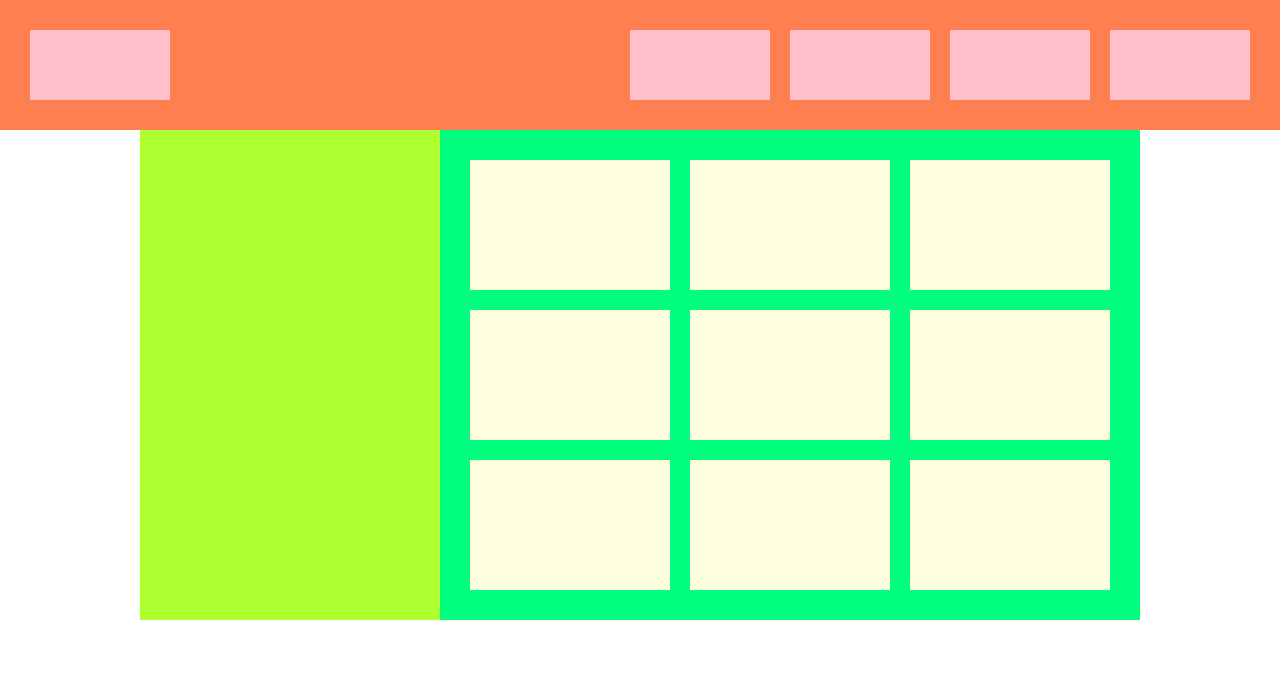
Repository: yuu2310/dmm-webcamp
Page: flex/exercises.html
The author's editor kept a record of every edit. The page is drawn from the files as they stood at one moment, then again after the next edit.
The browser window is 1280 px wide. The pictures show the whole page.

Above is the page before.

After the next edit:
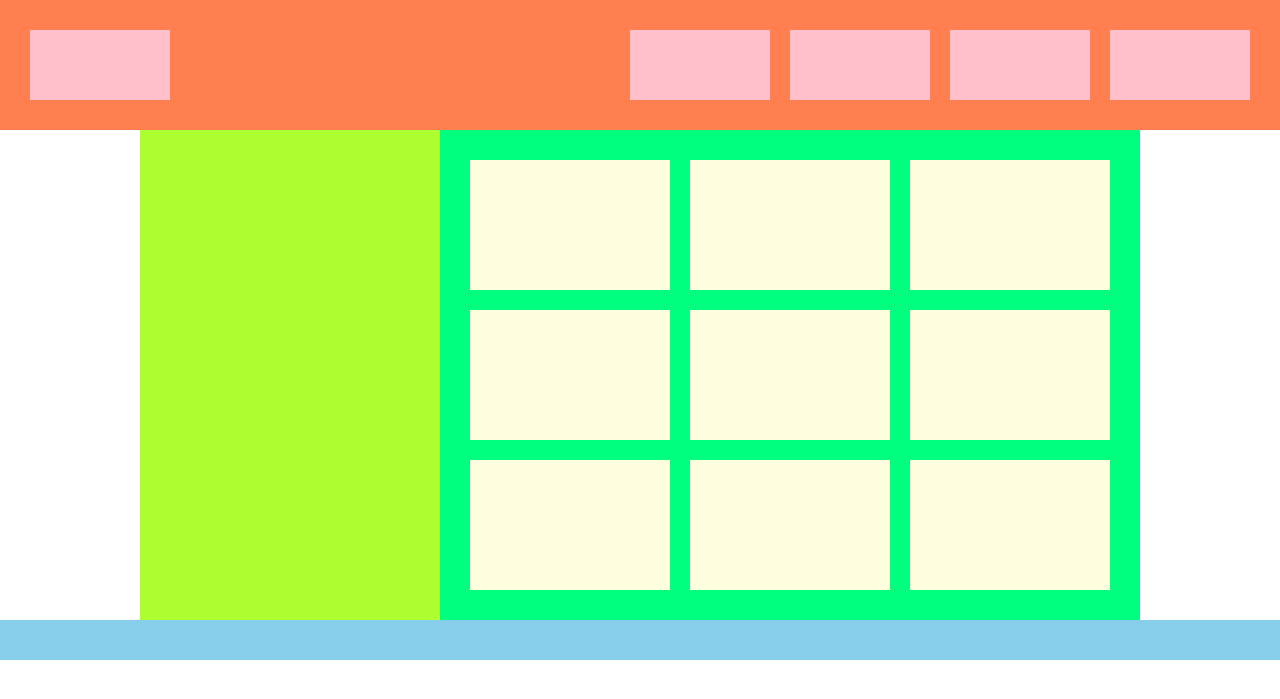
The edit:
--- a/flex/exercises.css
+++ b/flex/exercises.css
@@ -58,5 +58,7 @@
 
 footer > div {
   background-color: #87CEEB;
-  felx-
+  flex-basis: 45%;
+  max-width: 600px;
+  height: 40px;
 }
